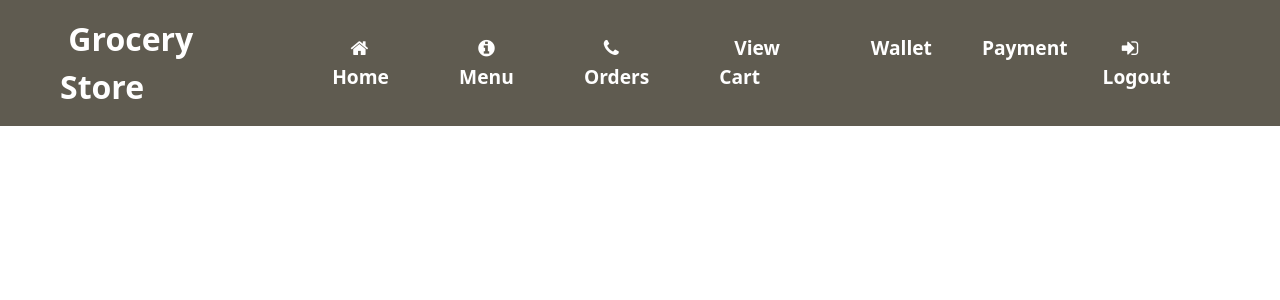
Repository: NagaMounikaY/GroceriesSubscriptionBookingManagement
Page: http://localhost/GroceriesSubBookingSystem/customerHeader.jsp
The author's editor kept a copy of each file at every save. The page is drawn from the files as they stood at one save, then again after the next save.
The browser window is 1280 px wide. The pictures show the whole page.
The page is served by Tomcat 9. Other server files are loaded and not shown.

Above is the page before, as saved 2024-09-15 05:59:26.

### GroceriesSubBookingSystem/src/main/webapp/customerHeader.jsp
<%@ page language="java" contentType="text/html; charset=ISO-8859-1"
    pageEncoding="ISO-8859-1" isELIgnored="false"%>
<!DOCTYPE html PUBLIC "-//W3C//DTD HTML 4.01 Transitional//EN" "http://www.w3.org/TR/html4/loose.dtd">
<html>
<head>
<meta http-equiv="Content-Type" content="text/html; charset=ISO-8859-1">
<title>Courier Booking System</title>
<link href="https://stackpath.bootstrapcdn.com/bootstrap/5.3.0/css/bootstrap.min.css" rel="stylesheet">
<link rel="stylesheet" href="https://cdnjs.cloudflare.com/ajax/libs/font-awesome/4.7.0/css/font-awesome.min.css">
<style>
/* Header */
header {
    background: rgba(56, 51, 37, 0.8);
    color: #fff;
    padding: 15px 0;
    position: fixed;
    width: 100%;
    top: 0;
    left: 0;
    z-index: 1000;
}

header .container {
    display: flex;
    justify-content: space-between;
    align-items: center;
    max-width: 1200px;
    margin: 0 auto;
    padding: 0 20px;
}

header .logo {
    font-size: 2em; /* Increased size for the logo */
    font-weight: bold;
}

header nav ul {
    list-style: none;
    display: flex;
    margin: 0;
}

header nav ul li {
    margin-left: 20px;
}

header nav ul li a {
    color: #fff;
    text-decoration: none;
    padding: 10px 15px; /* Increased padding for better click area */
    font-size: 1.2em; /* Increased font size for navigation links */
    border-radius: 5px;
}

header nav ul li a:hover {
    background: #575757;
}
</style>
</head>
<body>
  <!-- Header -->
    <header>
        <div class="container">
            <div class="logo"><i class="fa fa-box"></i> Grocery Store</div>
            <nav>
                <ul>
                    <li><a href="${pageContext.request.contextPath}/home.jsp"><i class="fa fa-fw fa-home"></i><strong>Home</strong></a></li>
                    <li><a href="${pageContext.request.contextPath}/groceries/list"><i class="fa fa-fw fa-info-circle"></i><strong>Menu</strong></a></li>
                    <li><a href="${pageContext.request.contextPath}/orders/viewOrders"><i class="fa fa-fw fa-phone"></i><strong>Orders</strong></a></li>
					<li><a href="${pageContext.request.contextPath}/orders/cart"><strong>View Cart</strong></a>
					<li><a href="${pageContext.request.contextPath}/wallets/wallet"><strong>Wallet</strong></a>
					<li><a href="${pageContext.request.contextPath}/payment/history"><strong>Payment</strong></a>
                    <li><a href="${pageContext.request.contextPath}/home.jsp"><i class="fa fa-fw fa-sign-in"></i><strong>Logout</strong></a></li>
                </ul>
            </nav>
        </div>
    </header>

    <script src="https://code.jquery.com/jquery-3.5.1.slim.min.js"></script>
    <script src="https://cdn.jsdelivr.net/npm/@popperjs/core@2.11.6/dist/umd/popper.min.js"></script>
    <script src="https://stackpath.bootstrapcdn.com/bootstrap/5.3.0/js/bootstrap.bundle.min.js"></script>
</body>
</html>

After the next save:
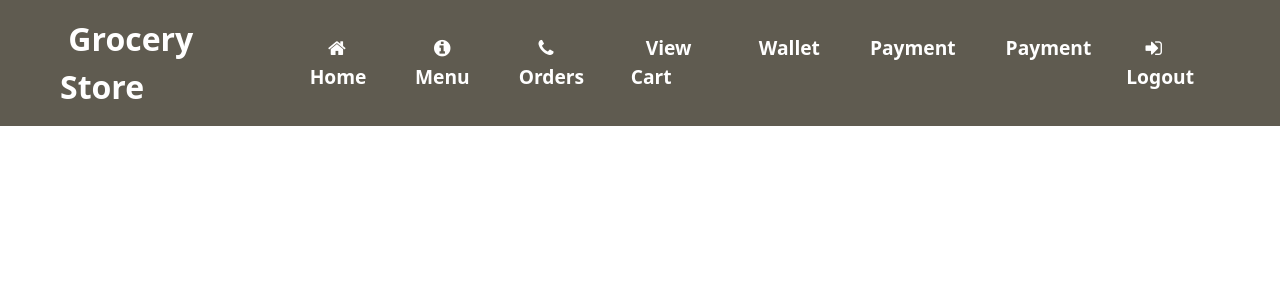
Saved 68 s later.
--- a/GroceriesSubBookingSystem/src/main/webapp/customerHeader.jsp
+++ b/GroceriesSubBookingSystem/src/main/webapp/customerHeader.jsp
@@ -70,6 +70,7 @@ header nav ul li a:hover {
 					<li><a href="${pageContext.request.contextPath}/orders/cart"><strong>View Cart</strong></a>
 					<li><a href="${pageContext.request.contextPath}/wallets/wallet"><strong>Wallet</strong></a>
 					<li><a href="${pageContext.request.contextPath}/payment/history"><strong>Payment</strong></a>
+					<li><a href="${pageContext.request.contextPath}/subscription/subscriptionlist"><strong>Payment</strong></a>
                     <li><a href="${pageContext.request.contextPath}/home.jsp"><i class="fa fa-fw fa-sign-in"></i><strong>Logout</strong></a></li>
                 </ul>
             </nav>
